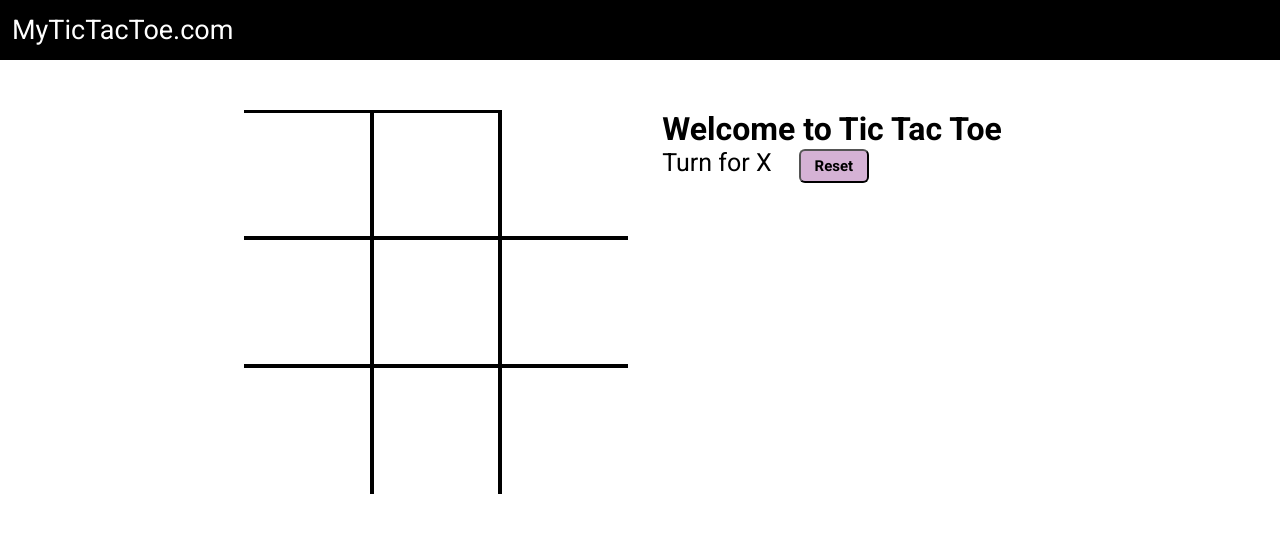
Repository: AshwinUgale/TicTacToe
Page: index.html
An editor plug-in stored every save of this project. The page is shown before and after the next save, followed by the edit.
The browser window is 1280 px wide. The pictures show the whole page.

Above is the page before, as saved 2024-12-19 13:19:54.

After the next save:
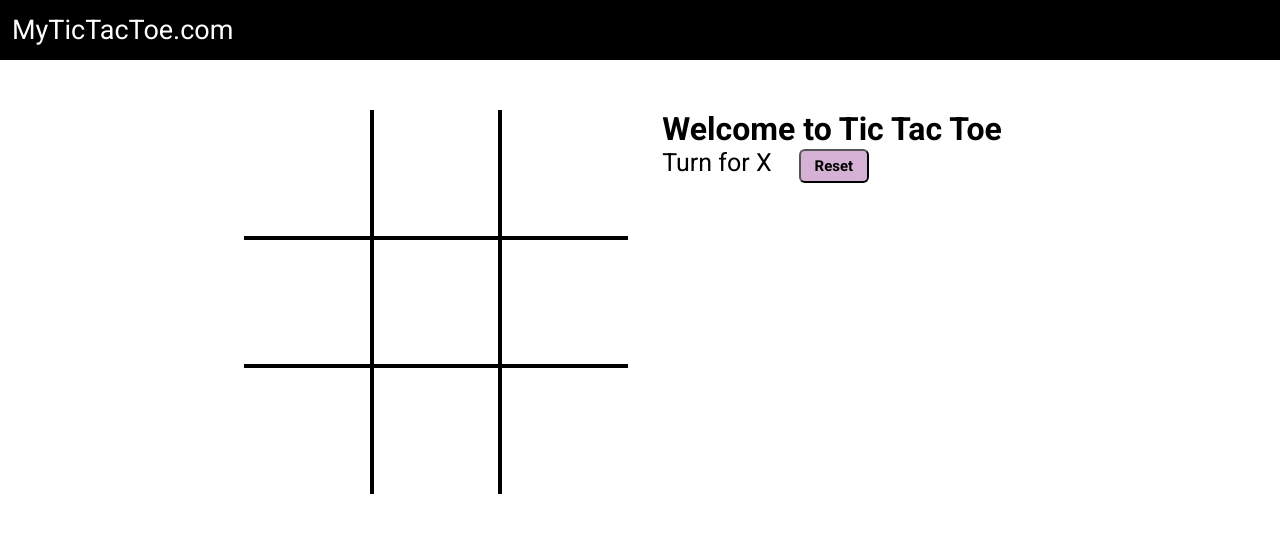
Saved 8 min 59 s later.
--- a/style.css
+++ b/style.css
@@ -86,9 +86,11 @@ nav ul{
 
 .line{
     background-color: black;
-    width: 20vw;
+    width: 00vw;
     height:3px;
     position: absolute;
+    background-color: brown;
+    transition: width 1s ease-in-out;
 }
 .info{
     font-size: 25px;
